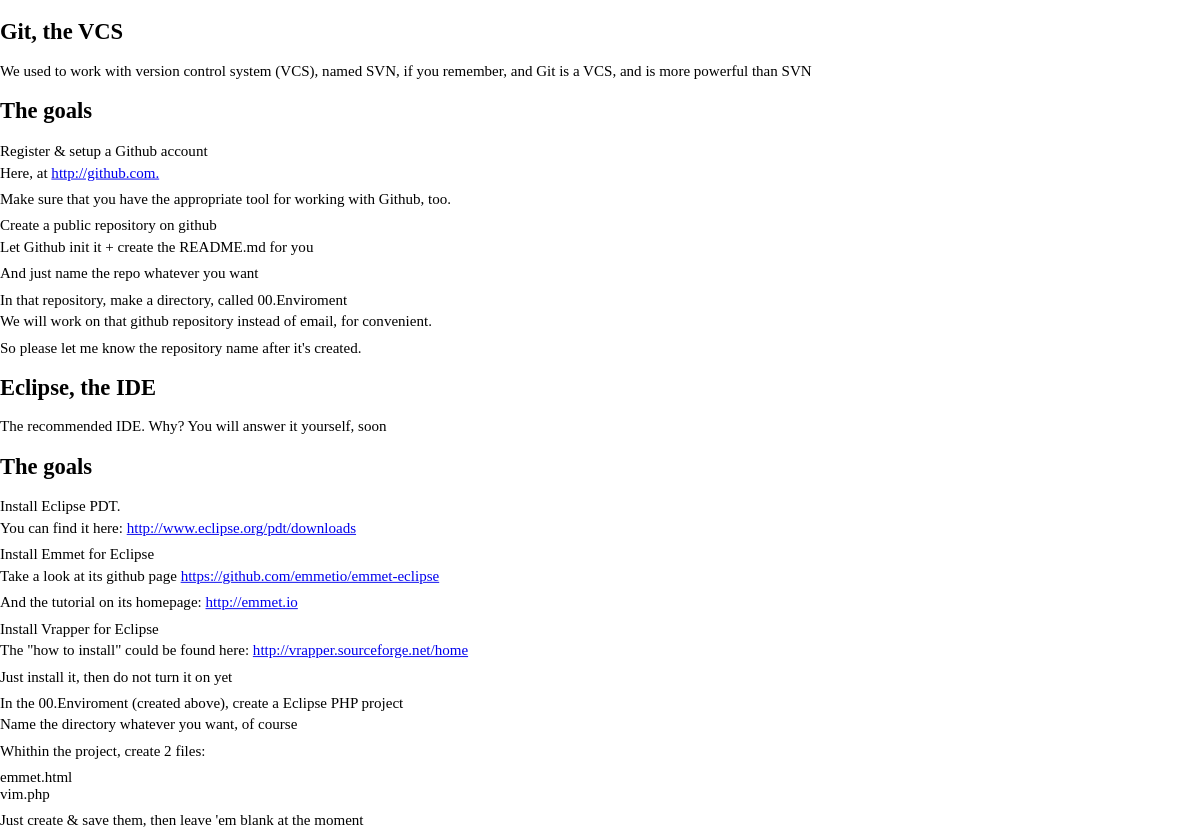
Repository: mrdo2010vn/00.enviroment
Page: 00.TestingEnviroment/emmet.html
An editor plug-in stored every save of this project. The page is shown before and after the next save, followed by the edit.
The browser window is 1280 px wide. The pictures show the whole page, at 94% of full size.

Above is the page before, as saved 2013-09-25 08:39:42.

### 00.TestingEnviroment/emmet.html
<!DOCTYPE html PUBLIC "-//W3C//DTD HTML 4.01 Transitional//EN" "http://www.w3.org/TR/html4/loose.dtd">
<html>
<head>
<meta http-equiv="Content-Type" content="text/html; charset=UTF-8">
<link rel="stylesheet" href="css/style.css" />
<title>00.Enviroment</title>
</head>
<body>
	<div class="part">
		<div class="title">
			<h2><span class="underscore">Git</span>, the VCS</h2>
			<p>We used to work with version control system (VCS), named SVN, if you remember, and Git is a VCS, and is more powerful than SVN</p>
		</div><!-- END .title -->
		<div class="content">
			<h2>The goals</h2>
			<ol>
				<li><span class="italic">Register & setup a Github account</span>
					<blockquote>
						<p>Here, at <a href="http://github.com">http://github.com.</a></p>
						<p>Make sure that you have the appropriate tool for working with Github, too.</p>
					</blockquote>
				</li>

				<li><span class="italic">Create a public repository on github</span>
					<blockquote>
						<p>Let Github init it + create the <span class="bold">README.md</span> for you</p>
						<p>And just name the repo whatever you want</p>
					</blockquote>
				</li>
				<li><span class="italic">In that repository, make a directory, called</span> <span class="bold italic">00.Enviroment</span>
					<blockquote>
						<p>We will work on that github repository instead of email, for convenient.</p>
						<p>So please let me know the repository name after it's created.</p>
					</blockquote>
				</li>
			</ol>
		</div><!-- END .content -->
	</div><!-- END .part -->

	<div class="part">
		<div class="title">
			<h2><span class="underscore">Eclipse</span>, the IDE</h2>
			<p>The recommended IDE. Why? You will answer it yourself, soon</p>
		</div><!-- END .title -->
		<div class="content">
			<h2>The goals</h2>
			<ol>
				<li><span class="italic">Install Eclipse PDT.</span>
					<blockquote>
						<p>You can find it here: <a href="http://www.eclipse.org/pdt/downloads">http://www.eclipse.org/pdt/downloads</a></p>
					</blockquote>
				</li>

				<li><span class="italic">Install Emmet for Eclipse</span>
					<blockquote>
						<p>Take a look at its github page <a href="https://github.com/emmetio/emmet-eclipse">https://github.com/emmetio/emmet-eclipse</a></p>
						<p>And the tutorial on its homepage: <a href="http://emmet.io">http://emmet.io</a></p>
					</blockquote>
				</li>
				<li><span class="italic">Install Vrapper for Eclipse</span>
					<blockquote>
						<p>The "how to install" could be found here: <a href="http://vrapper.sourceforge.net/home">http://vrapper.sourceforge.net/home</a></p>
						<p>Just install it, then <span class="bold">do not turn it on</span> yet</p>
					</blockquote>
				</li>
				<li><span class="italic">In the <span class="bold">00.Enviroment</span> (created above), create a Eclipse PHP project</span>
					<blockquote>
						<p>Name the directory whatever you want, of course</p>
						<p>Whithin the project, create 2 files:
							<ul>
								<li class="bold">emmet.html</li>
								<li class="bold">vim.php</li>
							</ul>
						</p>
						<p>Just create & save them, then leave 'em blank at the moment</p>
					</blockquote>
				</li>
			</ol>
		</div><!-- END .content -->
	</div><!-- END .part -->
</body>
</html>

### 00.TestingEnviroment/css/style.css
@CHARSET "UTF-8";
/* =============== HTML DEFAULT =============== */
html, body {
    margin: 0;
    padding: 0;
}
p, pre, blockquote, form, dl, ul, ol, fieldset, address, table {
    padding: 0;
    margin: 5px 0 10px 0;
}
html {
    font-size: 100%;
}

After the next save:
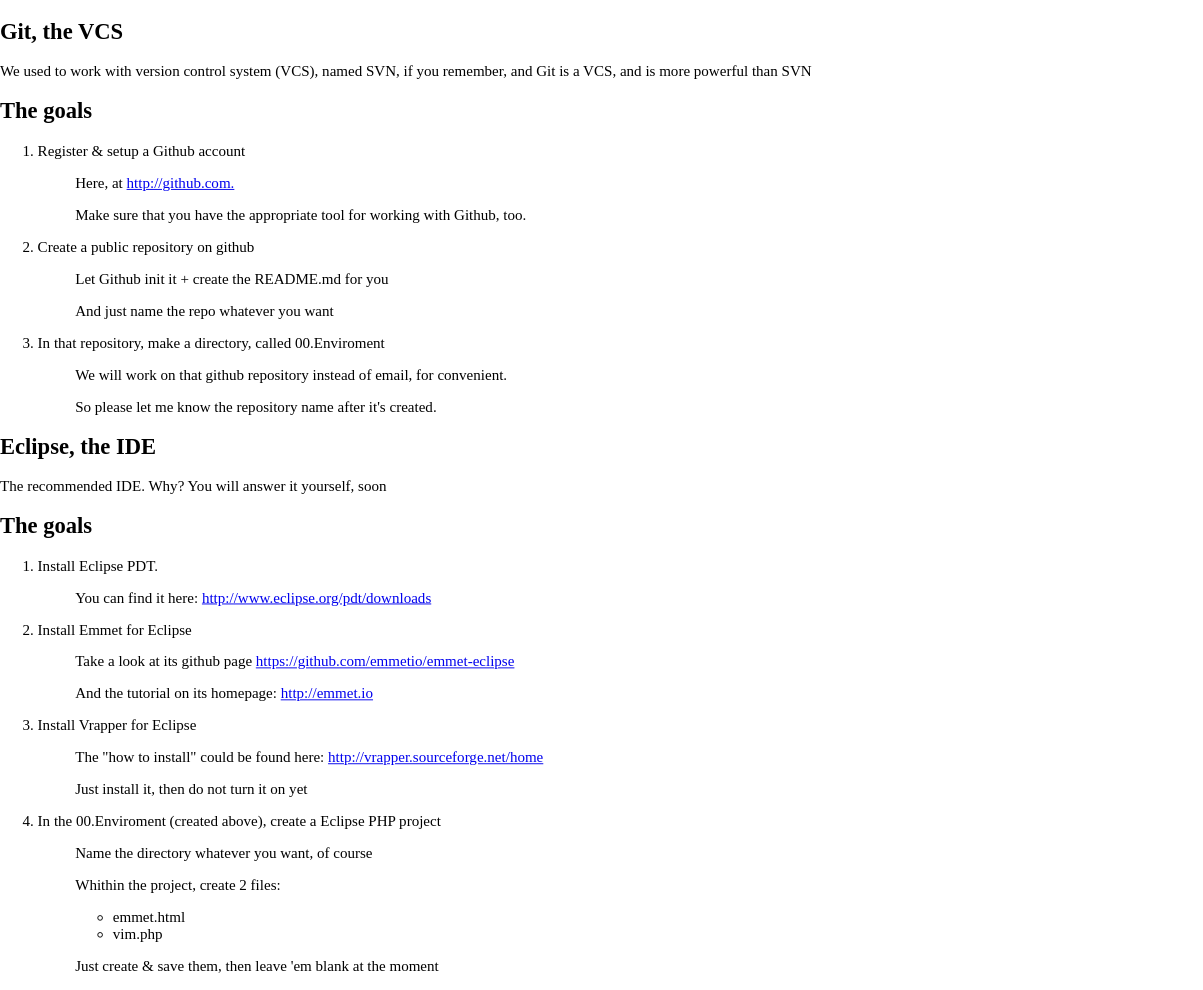
Saved 12 s later.
--- a/00.TestingEnviroment/css/style.css
+++ b/00.TestingEnviroment/css/style.css
@@ -4,10 +4,3 @@
     margin: 0;
     padding: 0;
 }
-p, pre, blockquote, form, dl, ul, ol, fieldset, address, table {
-    padding: 0;
-    margin: 5px 0 10px 0;
-}
-html {
-    font-size: 100%;
-}

After the save that followed:
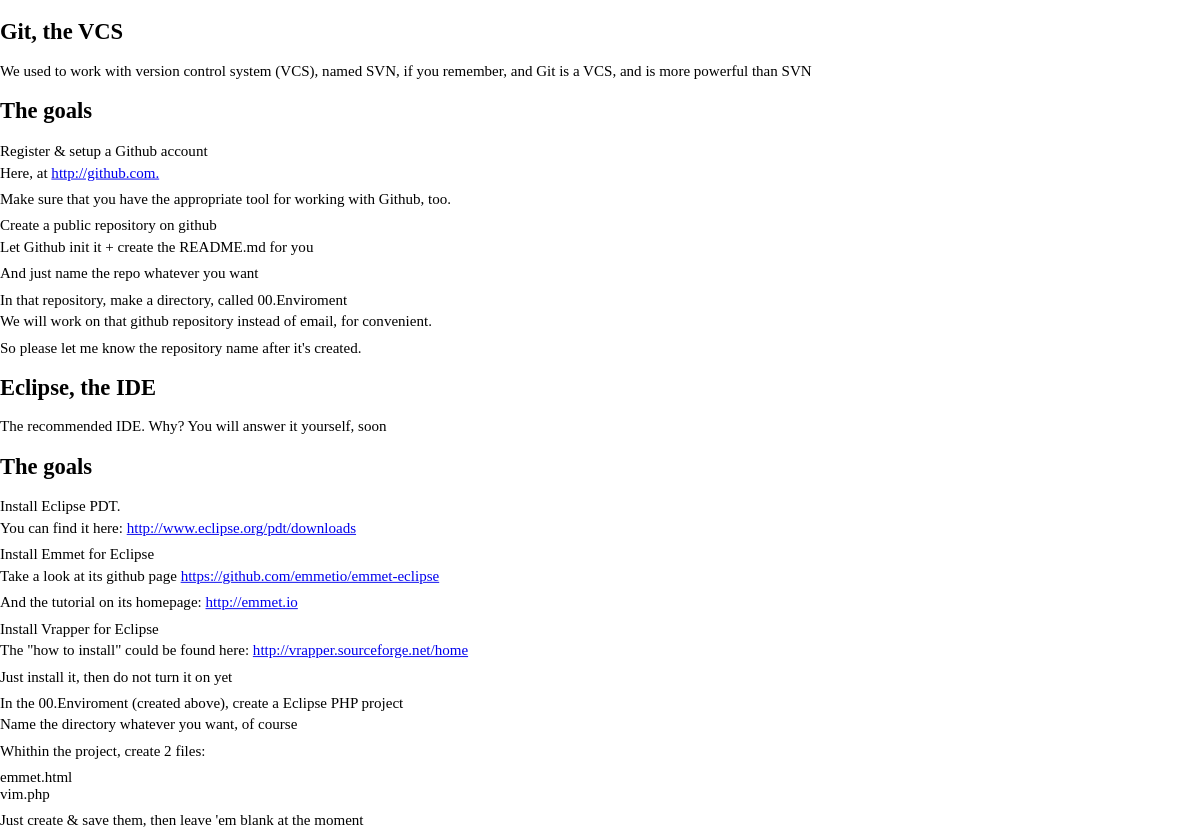
Saved 27 s later.
--- a/00.TestingEnviroment/css/style.css
+++ b/00.TestingEnviroment/css/style.css
@@ -4,3 +4,10 @@
     margin: 0;
     padding: 0;
 }
+p, pre, blockquote, form, dl, ul, ol, fieldset, address, table {
+    padding: 0;
+    margin: 5px 0 10px 0;
+}
+html {
+    font-size: 100%;
+}
